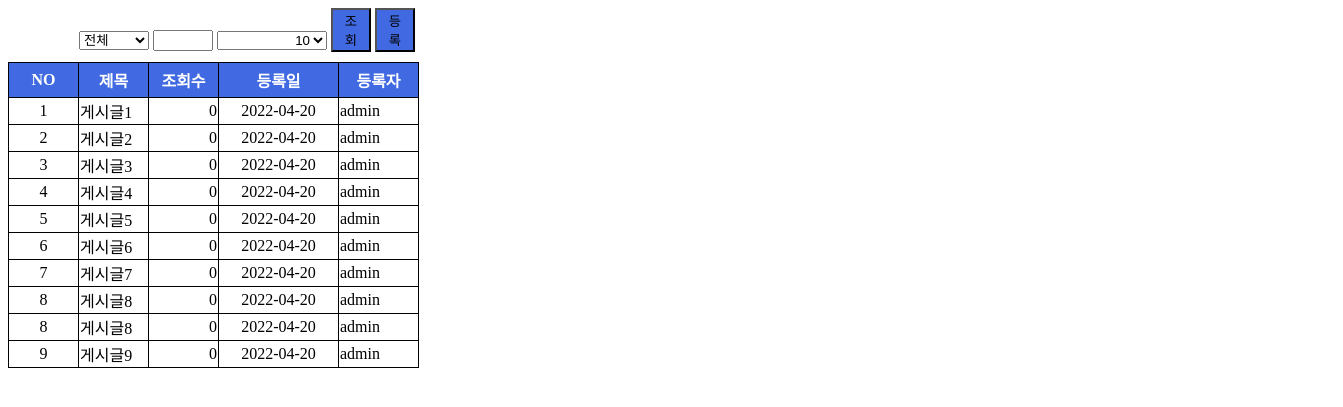
Repository: kimjoohye/study_WEB
Page: workspace/studyhtml5/WebContent/Q1.html
An editor plug-in stored every save of this project. The page is shown before and after the next save, followed by the edit.
The browser window is 1280 px wide. The page is 1343 px wide, so the pictures cover 1343 px, including what lies to the right of the window. The pictures show the whole page.

Above is the page before, as saved 2022-05-18 08:37:17.

### workspace/studyhtml5/WebContent/Q1.html
<!DOCTYPE html>
<html>
<head>
<meta name="viewport" content="width=device-width,initial-scale=1.0">
<meta charset="UTF-8">
<link rel="shortcut icon" type="image/x-icon" href="/studyhtml5/favicon.ico">
<meta http-equiv="Expires" content="Mon, 01 Jan 2020 00:00:01 GMT">
<!--위의 명시된 날짜 이후가 되면 페이지가 캐싱되지 않는다.(2020년 이후 쭉 ) -->

<meta http-equiv="Expires" content="-1">
<!--캐시된 페이지가 만료되어 삭제되는 시간을 정의하나 특별한 경우가 아니면 -1로 설정-->

<meta http-equiv="Pragma" content="no-cache">
<!--페이지 로드시마다 페이지를 캐싱하지 않는다.(HTTP 1.0)-->

<meta http-equiv="Cache-Control" content="no-cache">
<!--페이지 로드시마다 페이지를 캐싱하지 않는다.(HTTP 1.1)-->

<!--reset 스타일시트 -->
<!--<link rel="stylesheet" type="text/css" href="/studyhtml5/asset/css/reset.css">-->
<!--스타일 시트 -->
<style type="text/css">

  table, th, tr, td {
    border: 1px solid black;
    border-collapse: collapse;
  }

  th {
    background: royalblue;
    color: white;
    text-align: center;
    box-sizing: border-box;
    padding: 5px;
  }

  tbody > tr > td:first-child,
  tbody > tr > td:nth-child(4){
    text-align: center;
  }

  tbody > tr > td:nth-child(3) {
    text-align: right;
  }

  form {
    position: relative;
    left: 71px;
    padding-bottom: 10px;
  }

  #searchDiv {
    box-sizing: border-box;
    width: 70px;
  }

  #searchWord {
    box-sizing: border-box;
    width: 60px;
  }

  #pageSize {
    box-sizing: border-box;
    width: 110px;
    text-align: right;
  }

  button {
    background: royalblue;
    width: 40px;
  }

</style>

<title>Insert title here</title>

<!-- jquery -->
<script type="text/javascript" src="/studyhtml5/asset/js/jquery-1.12.4.js"></script>
</head>
<body>
   <form action="#">
     <select name="searchDiv" id="searchDiv">
      <option value="">전체</option>
      <option value="10">제목</option>
      <option value="20">내용</option>
     </select>
     <input type="text" name="searchWord" id="searchWord" size=20>
     <select name="pageSize" id="pageSize">
         <option value="10">10</option>
         <option value="20">20</option>
         <option value="50">50</option>
     </select>
     <button>조회</button>
     <button>등록</button>
   </form>

     <table>
      <thead>
        <tr>
           <th width="70">NO</th>
           <th width="70">제목</th>
           <th width="70">조회수</th>
           <th width="120">등록일</th>
           <th width="80">등록자</th>
        </tr>
      </thead>
      <tbody>
        <tr>
          <td>1</td>
          <td>게시글1</td>
          <td>0</td>
          <td>2022-04-20</td>
          <td>admin</td>
        </tr>
        <tr>
          <td>2</td>
          <td>게시글2</td>
          <td>0</td>
          <td>2022-04-20</td>
          <td>admin</td>
        </tr>
        <tr>
          <td>3</td>
          <td>게시글3</td>
          <td>0</td>
          <td>2022-04-20</td>
          <td>admin</td>
        </tr>
        <tr>
          <td>4</td>
          <td>게시글4</td>
          <td>0</td>
          <td>2022-04-20</td>
          <td>admin</td>
        </tr>
        <tr>
          <td>5</td>
          <td>게시글5</td>
          <td>0</td>
          <td>2022-04-20</td>
          <td>admin</td>
        </tr>
        <tr>
          <td>6</td>
          <td>게시글6</td>
          <td>0</td>
          <td>2022-04-20</td>
          <td>admin</td>
        </tr>
        <tr>
          <td>7</td>
          <td>게시글7</td>
          <td>0</td>
          <td>2022-04-20</td>
          <td>admin</td>
        </tr>
        <tr>
          <td>8</td>
          <td>게시글8</td>
          <td>0</td>
          <td>2022-04-20</td>
          <td>admin</td>
        </tr>
        <tr>
          <td>8</td>
          <td>게시글8</td>
          <td>0</td>
          <td>2022-04-20</td>
          <td>admin</td>
        </tr>
        <tr>
          <td>9</td>
          <td>게시글9</td>
          <td>0</td>
          <td>2022-04-20</td>
          <td>admin</td>
        </tr>
    </tbody>
   </table>

</body>
</html>

Loaded but not shown: workspace/studyhtml5/WebContent/asset/js/jquery-1.12.4.js (library)

After the next save:
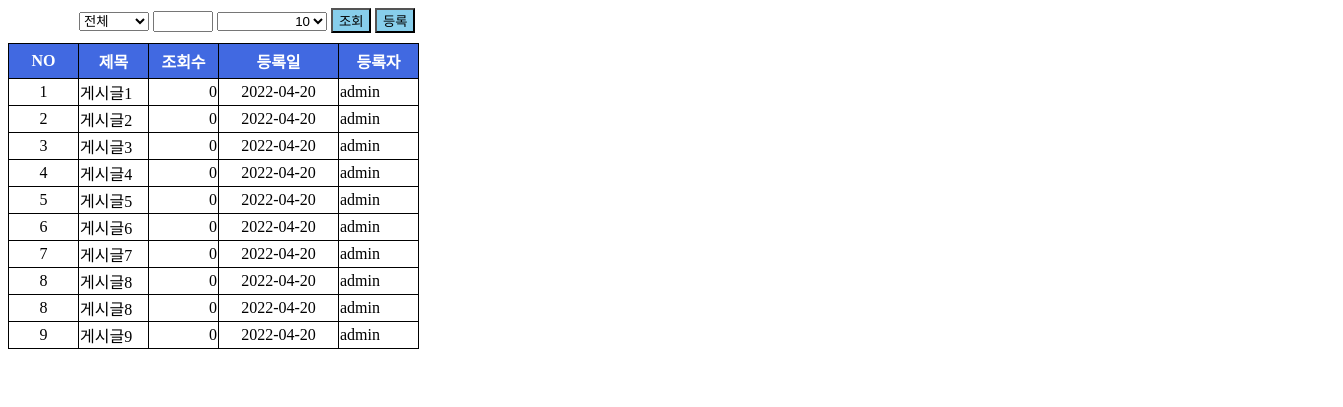
Saved 27 s later.
--- a/workspace/studyhtml5/WebContent/Q1.html
+++ b/workspace/studyhtml5/WebContent/Q1.html
@@ -65,8 +65,8 @@
     text-align: right;
   }
 
-  button {
-    background: royalblue;
+  input[type="button"] {
+    background: skyblue;
     width: 40px;
   }
 
@@ -90,8 +90,8 @@
          <option value="20">20</option>
          <option value="50">50</option>
      </select>
-     <button>조회</button>
-     <button>등록</button>
+     <input type="button" value="조회">
+     <input type="button" value="등록">
    </form>
 
      <table>
